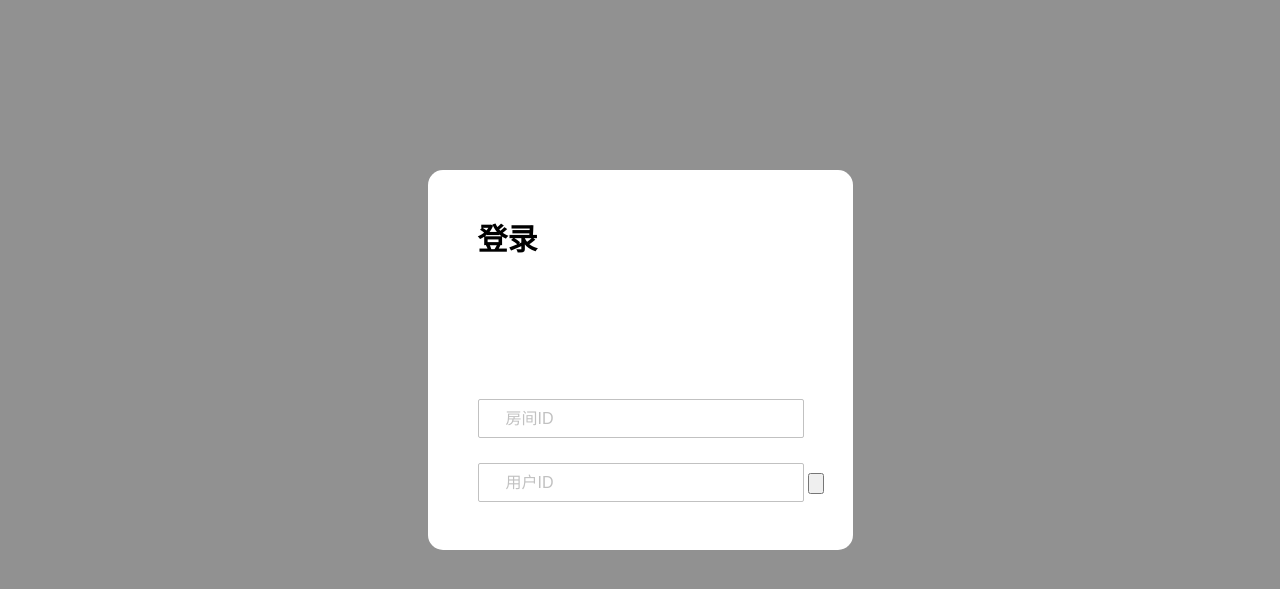
Repository: sjtu-course/homework
Page: GongZening/Week2/Web/LoginPage.html
The author's editor kept a copy of each file at every save. The page is drawn from the files as they stood at one save, then again after the next save.
The browser window is 1280 px wide. The pictures show the whole page.

Above is the page before, as saved 2020-11-07 17:04:45.

After the next save:
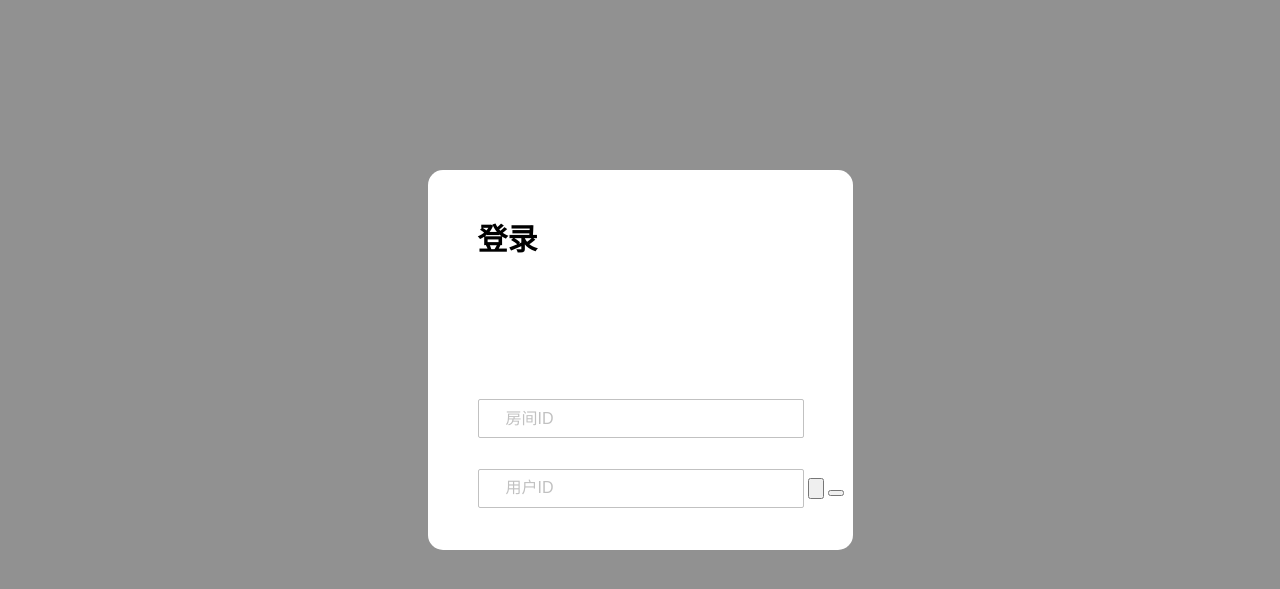
Saved 101 s later.
--- a/GongZening/Week2/Web/LoginPage.html
+++ b/GongZening/Week2/Web/LoginPage.html
@@ -20,7 +20,8 @@
             <h1 id="login">登录</h1>
             <input type="text" class="edit_text" placeholder="房间ID" style="margin-top: 120px;">
             <input type="text" class="edit_text" placeholder="用户ID" style="margin-top: 25px;">
-            <input type="button" placeholder="进入房间" style="margin-top: 25px;">
+            <input type="button" placeholder="进入房间" style="margin-top: 40px;">
+            <button
         </div>
     </body>
 </html>
--- a/GongZening/Week2/Web/css/Edit_Text.css
+++ b/GongZening/Week2/Web/css/Edit_Text.css
@@ -1,5 +1,6 @@
 @charset "utf-8";
 .edit_text{
+    position:relative;
     width: 320px;
     height: 35px;
     margin-left: 50px;
